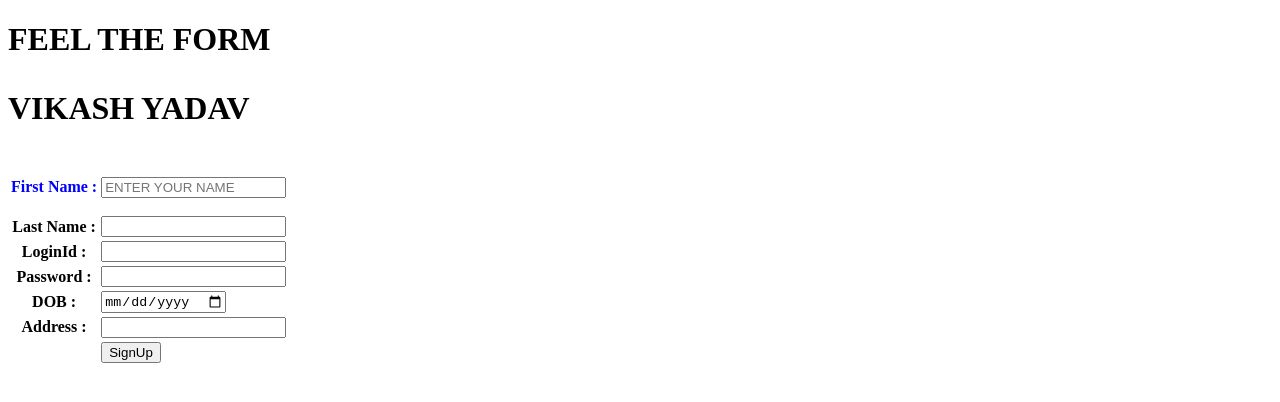
Repository: vikash9562/AdvanceJava
Page: http://localhost/DynamicProject/UserRegistration.jsp
These files come from the project's save history. The page is drawn as it stood at one moment and after the next save; the edit follows.
The browser window is 1280 px wide. The pictures show the whole page.
The page is served by Tomcat 9. Other server files are loaded and not shown.

Above is the page before, as saved 2023-08-16 10:42:09.

### advance java/DynamicProject/WebContent/UserRegistration.jsp
<%@ page language="java" contentType="text/html; charset=ISO-8859-1"
	pageEncoding="ISO-8859-1"%>
<!DOCTYPE html>
<html>
<head>
<meta charset="ISO-8859-1">
<title>Insert title here</title>
</head>
<body>
	<form action="Welcome.jsp" method="post">
		<table>
				<h1>
					<div style="bacground-color: Lightblue:">FEEL THE FORM</div>
					<p style="color: red:"></p>
					<pstyle="color: #008000;"> VIKASH YADAV</p>
					</h1>
			<tr>
				<th><p style="color: BLUE">First Name :</p></th>
				<td><input type="text" placeholder = "ENTER YOUR NAME" name="firstName"></td>
			</tr>
			<tr>
				<th>Last Name :</th>
				<td><input type="text" name="lastName"></td>
			</tr>
			<tr>
				<th>LoginId :</th>
				<td><input type="text" name="loginId"></td>
			</tr>
			<tr>
				<th>Password :</th>
				<td><input type="password" name="password"></td>
			</tr>
			<tr>
				<th>DOB :</th>
				<td><input type="date" name="dob"></td>
			</tr>
			<tr>
				<th>Address :</th>
				<td><input type="text" name="address"></td>
			</tr>
			<tr>
				<th></th>
				<td><input type="submit" value="SignUp"></td>
			</tr>
		</table>
	</form>
</body>
</html>

After the next save:
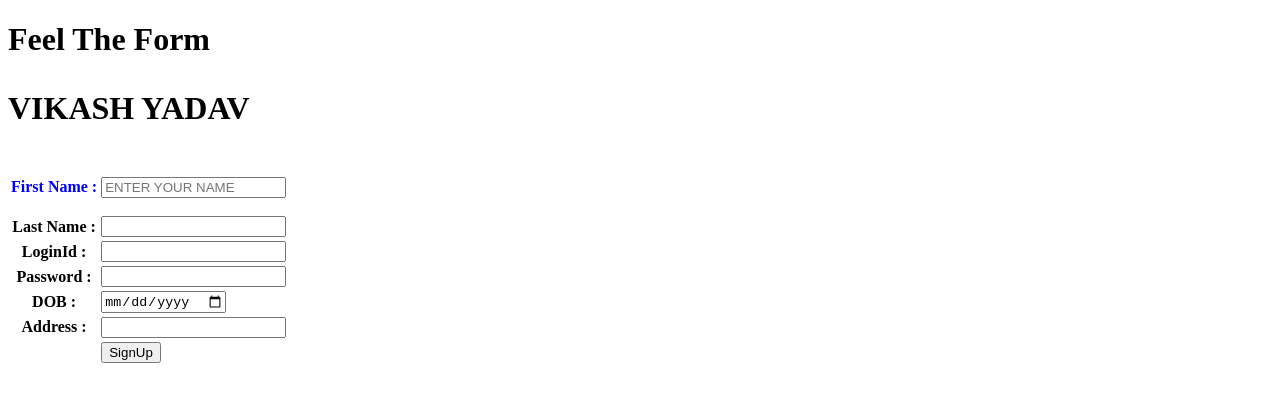
Saved 57 s later.
--- a/advance java/DynamicProject/WebContent/UserRegistration.jsp
+++ b/advance java/DynamicProject/WebContent/UserRegistration.jsp
@@ -10,7 +10,7 @@
 	<form action="Welcome.jsp" method="post">
 		<table>
 				<h1>
-					<div style="bacground-color: Lightblue:">FEEL THE FORM</div>
+					<div style="bacground-color: Lightblue:">Feel The Form</div>
 					<p style="color: red:"></p>
 					<pstyle="color: #008000;"> VIKASH YADAV</p>
 					</h1>
